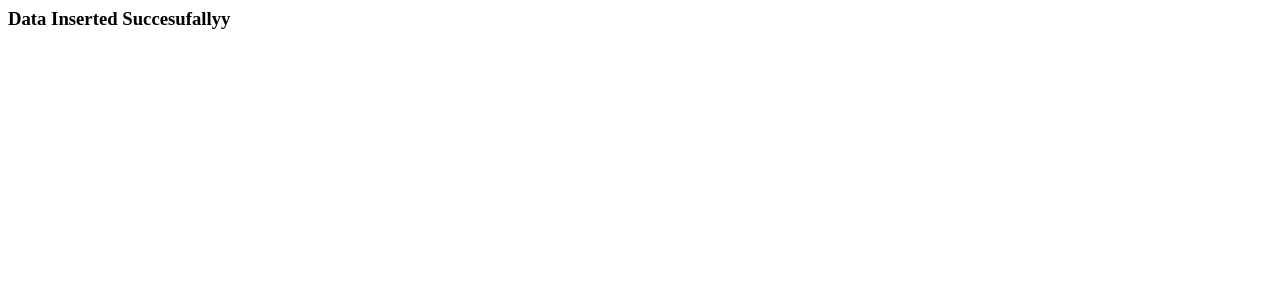
Repository: Thaneshwara848/JSP_Demo
Page: http://localhost/SLProject1/RegisterDemo
An editor plug-in stored every save of this project. The page is shown before and after the next save, followed by the edit.
The browser window is 1280 px wide. The pictures show the whole page.
The page is served by Tomcat 9. Other server files are loaded and not shown.

Above is the page before, as saved 2022-08-08 16:43:25.

### SLProject1/src/main/java/com/RegisterDemo.java
package com;

import java.io.IOException;
import java.sql.Connection;
import java.sql.DriverManager;
import java.sql.PreparedStatement;
import java.io.*;

import javax.servlet.ServletException;
import javax.servlet.http.HttpServlet;
import javax.servlet.http.HttpServletRequest;
import javax.servlet.http.HttpServletResponse;

/**
 * Servlet implementation class RegisterDemo
 */
public class RegisterDemo extends HttpServlet {
	private static final long serialVersionUID = 1L;

    /**
     * Default constructor.
     */
    public RegisterDemo() {
        // TODO Auto-generated constructor stub
    }

	/**
	 * @see HttpServlet#doGet(HttpServletRequest request, HttpServletResponse response)
	 */
	protected void doGet(HttpServletRequest request, HttpServletResponse response) throws ServletException, IOException {

		String uid=request.getParameter("uid");
		String uname = request.getParameter("uname");
		String uage = request.getParameter("uage");
		String usalary =request.getParameter("usalary");
		String udesig=	request.getParameter("udesig");


		try
		{
			Class.forName("com.mysql.jdbc.Driver");
			Connection con =DriverManager.getConnection("jdbc:mysql://localhost:3306/simpleylearn","root","root");
			PreparedStatement stmt= con.prepareStatement("insert into employee values(?,?,?,?,?)");
			stmt.setString(1, uid);
			stmt.setString(2, uname);
			stmt.setString(3, uage);
			stmt.setString(4, usalary);
			stmt.setString(5, udesig);
			stmt.execute();
			stmt.close();
			con.close();

			System.out.println("Data Inserted ...!");
			response.setContentType("text/html");
			PrintWriter out=response.getWriter();
			out.print("<h3> Data Inserted Succesufallyy</h3>");

		}
		catch (Exception e) {
			System.out.println(e);
		}
	}

	/**
	 * @see HttpServlet#doPost(HttpServletRequest request, HttpServletResponse response)
	 */
	protected void doPost(HttpServletRequest request, HttpServletResponse response) throws ServletException, IOException {
		// TODO Auto-generated method stub
		doGet(request, response);
	}

}

After the next save:
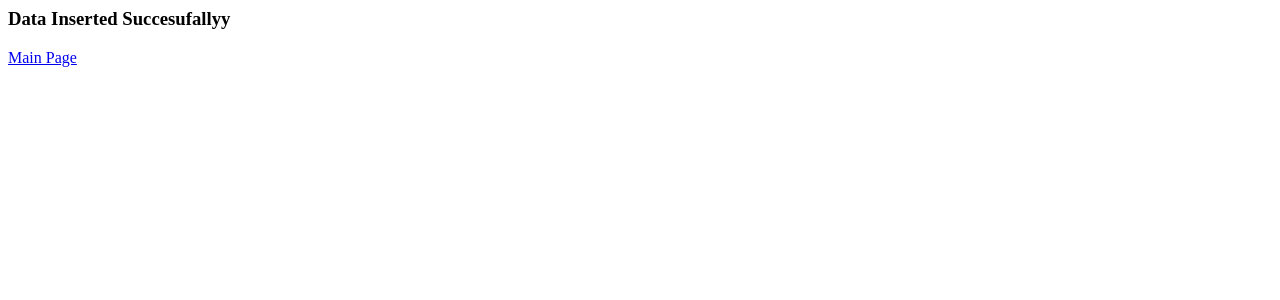
Saved 22 s later.
--- a/SLProject1/src/main/java/com/RegisterDemo.java
+++ b/SLProject1/src/main/java/com/RegisterDemo.java
@@ -54,6 +54,7 @@ public class RegisterDemo extends HttpServlet {
 			response.setContentType("text/html");
 			PrintWriter out=response.getWriter();
 			out.print("<h3> Data Inserted Succesufallyy</h3>");
+			out.print("<a href='Main.html'>Main Page </a>");
 
 		}
 		catch (Exception e) {
